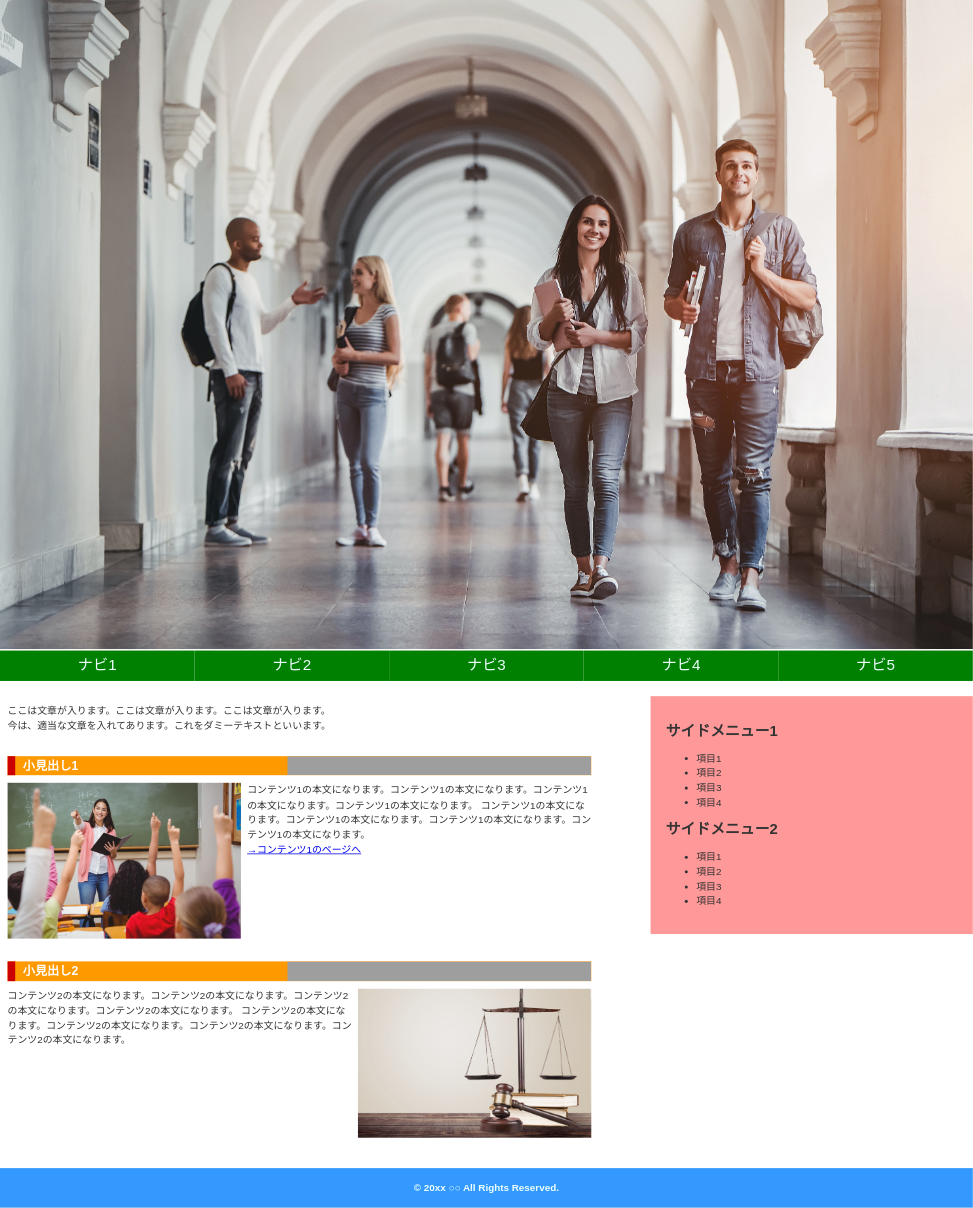
Repository: mizmo20/samurai_HTML-CSS
Page: home.html
The author's editor kept a record of every edit. The page is drawn from the files as they stood at one moment, then again after the next edit.
The browser window is 1280 px wide. The pictures show the whole page, at 76% of full size.
Pictures or frames that could not be fetched are drawn as grey boxes.

Above is the page before.

After the next edit:
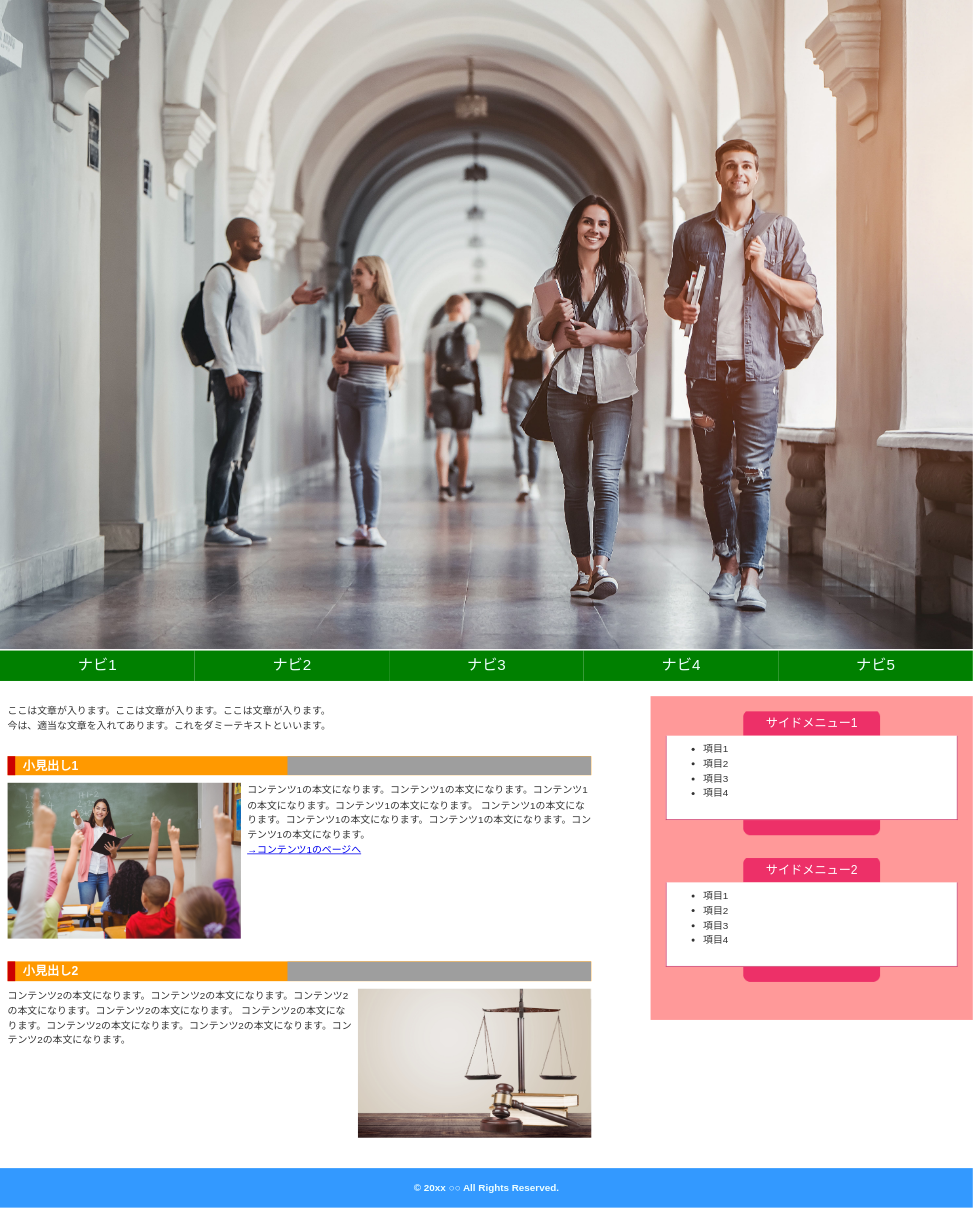
The edit:
--- a/stylesheet.css
+++ b/stylesheet.css
@@ -133,31 +133,31 @@
  	 width: 30%;
  	 padding: 20px;
  	 background-color: #F99;
-+ }
-+ #side .box {
-+ 	 margin: 0 auto 30px auto;
-+ 	 padding: 0 0 20px 0;
-+ 	 background: url(images/side_box.png) bottom no-repeat;
-+ }
-+ #side .box h2 {
-+ 	 margin: 0;
-+ 	 padding: 8px;
-+ 	 text-align: center;
-+ 	 color: #fff;
-+ 	 font-size: 16px;
-+ 	 line-height: 16px;
-+ 	 font-weight: normal;
-+ 	 background: url(images/side_box_h2.png) center no-repeat;
-+ }
-+ #side .box .boxBody {
-+ 	 padding: 8px;
-+ 	 border-right: solid 1px #C36;
-+ 	 border-bottom: solid 1px #C36;
-+ 	 border-left: solid 1px #C36;
-+ 	 background: #fff;
-+ }
-+ #side .box .boxBody ul {
-+ 	 margin: 0 0 16px 0;
+ }
+ #side .box {
+ 	 margin: 0 auto 30px auto;
+ 	 padding: 0 0 20px 0;
+ 	 background: url(images/side_box.png) bottom no-repeat;
+ }
+ #side .box h2 {
+ 	 margin: 0;
+ 	 padding: 8px;
+ 	 text-align: center;
+ 	 color: #fff;
+ 	 font-size: 16px;
+ 	 line-height: 16px;
+ 	 font-weight: normal;
+ 	 background: url(images/side_box_h2.png) center no-repeat;
+ }
+ #side .box .boxBody {
+ 	 padding: 8px;
+ 	 border-right: solid 1px #C36;
+ 	 border-bottom: solid 1px #C36;
+ 	 border-left: solid 1px #C36;
+ 	 background: #fff;
+ }
+ #side .box .boxBody ul {
+ 	 margin: 0 0 16px 0;
 + 	 padding: 0;
 + }
 + #side .box .boxBody ul li {
